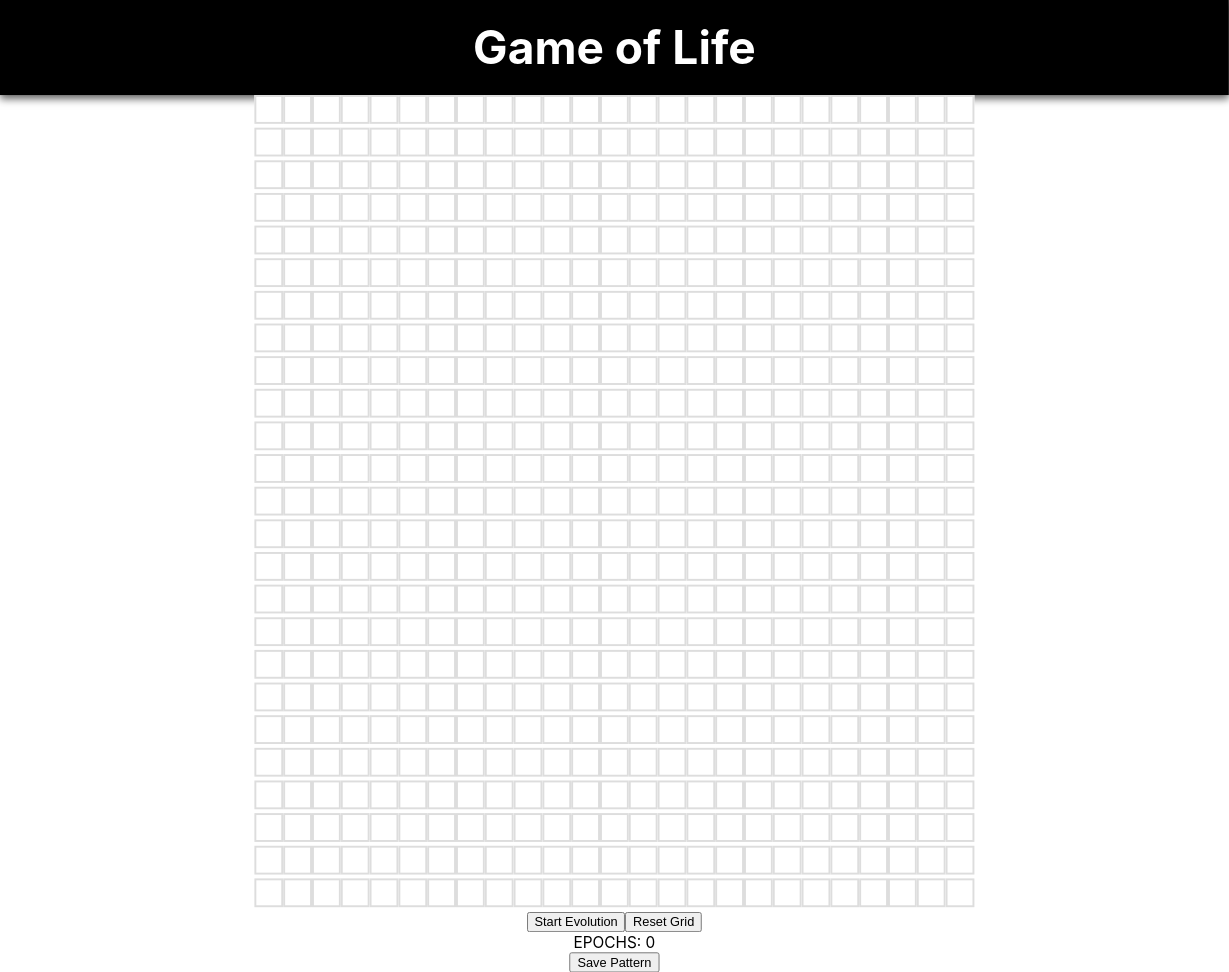
Repository: MarioDiekmann/GameOfLife
Page: /
An editor plug-in stored every save of this project. The page is shown before and after the next save, followed by the edit.
The browser window is 1280 px wide. The pictures show the whole page, at 96% of full size.
The project was rebuilt for these pictures with package versions that can differ from the ones it lists, and the page was loaded fresh each time. Also part of the build but not shown: src/components/InputForm.js.

Above is the page before, as saved 2024-10-21 16:39:08.

### src/App.js
import React from 'react';
import { BrowserRouter as Router, Route, Routes } from 'react-router-dom';
import Game from './components/Game';
import './App.css';

function App() {
  return (
    <Router>
      <div className="App">
        <Routes>
          <Route path="/" element={<Game/>} />
        </Routes>
      </div>
    </Router>
  );
}

export default App;

### src/components/Game.js
import React, { useState, useEffect, useCallback, useRef } from "react";
import Cell from "./Cell";
import axios from "axios";
import InputForm from "./InputForm";
import './Game.css';

const Game = () => {
    const startingsize = 25;
    const [size, setSize] = useState(startingsize);
    const [epochs, setEpochs] = useState(0);
    const [isEvolving, setIsEvolving] = useState(false);
    const [initialPattern, setInitialPattern] = useState([]);

    const [isFormVisible, setIsFormVisible] = useState(false); // State to control form visibility

    const initGrid = () => Array.from({ length: size }, () => Array(size).fill(false));
    const [grid, setGrid] = useState(initGrid());

    const previousGridRef = useRef(grid); // Reference to hold the previous grid

    const toggleCellState = (row, col) => {
        setGrid(prevGrid => {
            const newGrid = prevGrid.map((r, i) =>
                r.map((cell, j) => (i === row && j === col ? !cell : cell))
            );
            return newGrid;
        });
    };

    const resetGrid = () => {
        setIsEvolving(false);
        setEpochs(0);
        setSize(prevSize => {
            const newGrid = Array.from({ length: startingsize }, () => Array(startingsize).fill(false));
            setGrid(newGrid);
            setInitialPattern(newGrid);
            return startingsize;
        });
    };

    const renderGrid = () => {
        return grid.map((row, rowIndex) => (
            <div key={rowIndex} className="row">
                {row.map((cell, colIndex) => (
                    <Cell
                        key={`${rowIndex}-${colIndex}`}
                        isAlive={cell}
                        onClick={() => toggleCellState(rowIndex, colIndex)}
                    />
                ))}
            </div>
        ));
    };

    const countNeighboursAlive = useCallback((row, col) => {
        let count = 0;
        for (let i = row - 1; i <= row + 1; i++) {
            for (let j = col - 1; j <= col + 1; j++) {
                if ((i >= 0 && i < size) && (j >= 0 && j < size) && !(i === row && j === col)) {
                    count += grid[i][j] ? 1 : 0;
                }
            }
        }
        return count;
    }, [grid, size]);

    const updateGrid = useCallback(() => {
        let newGrid = grid.map((row, rowIndex) =>
            row.map((cell, colIndex) => {
                const gridCount = countNeighboursAlive(rowIndex, colIndex);
                return cell ? gridCount === 2 || gridCount === 3 : gridCount === 3;
            })
        );
        setGrid(newGrid);
        return newGrid;
    }, [countNeighboursAlive, grid]);

    const saveInitialPattern = () => {
        const deepCopy = grid.map(row => row.slice());
        setInitialPattern(deepCopy); // Save current grid as the initial pattern
    };

    const runEpoch = useCallback(() => {
        const prevGrid = previousGridRef.current;
        const newGrid = updateGrid();

        const gridsAreEqual = prevGrid.every((row, i) =>
            row.every((cell, j) => cell === newGrid[i][j])
        );

        if (gridsAreEqual) {
            setIsEvolving(false);
            alert("You reached a stillstand");
            return true;
        }

        const indicesAlive = checkEdges(); // Check if we need to expand the grid
        if (indicesAlive.length !== 0) {
            expandGrid(indicesAlive);
        }

        setEpochs(prevEpochs => prevEpochs + 1);
        previousGridRef.current = newGrid;
        return false;
    }, [updateGrid]);

    const checkEdges = useCallback(() => {
        const indicesAlive = [];
        // Check upper, right, lower, and left edges
        for (let col = 0; col < size - 2; col++) {
            if (grid[0][col] && grid[0][col + 1] && grid[0][col + 2]) {
                indicesAlive.push([0, col + 1]);
                indicesAlive.push([-1, col + 1]);
            }
        }
        for (let row = 0; row < size - 2; row++) {
            if (grid[row][size - 1] && grid[row + 1][size - 1] && grid[row + 2][size - 1]) {
                indicesAlive.push([row + 1, size - 1]);
                indicesAlive.push([row + 1, size]);
            }
        }
        for (let col = size - 1; col > 1; col--) {
            if (grid[size - 1][col] && grid[size - 1][col - 1] && grid[size - 1][col - 2]) {
                indicesAlive.push([size - 1, col - 1]);
                indicesAlive.push([size, col - 1]);
            }
        }
        for (let row = size - 1; row > 1; row--) {
            if (grid[row][0] && grid[row - 1][0] && grid[row - 2][0]) {
                indicesAlive.push([row - 1, 0]);
                indicesAlive.push([row - 1, -1]);
            }
        }
        return indicesAlive;
    }, [grid, size]);

    const expandGrid = useCallback((indicesAlive) => {
        setGrid(prevGrid => {
            const newSize = 2 * size; // Double the size
            const newGrid = Array.from({ length: newSize }, () => Array(newSize).fill(false));

            // Calculate the offset to center the old grid in the new one
            const rowOffset = Math.floor((newSize - size) / 2);
            const colOffset = Math.floor((newSize - size) / 2);

            // Copy the existing grid to the center of the new grid
            for (let row = 0; row < size; row++) {
                for (let col = 0; col < size; col++) {
                    if (prevGrid[row][col]) {
                        newGrid[row + rowOffset][col + colOffset] = true; // Copy with offsets
                    }
                }
            }

            // Handle indicesAlive and place the alive cells correctly
            for (const [row, col] of indicesAlive) {
                let newRow = row;
                let newCol = col;

                // Adjust row and col if they are outside the original grid
                if (row === -1) newRow = rowOffset - 1;
                if (col === -1) newCol = colOffset - 1;

                newRow += rowOffset;
                newCol += colOffset;

                // Make sure the calculated newRow and newCol are within bounds
                if (newRow >= 0 && newRow < newSize && newCol >= 0 && newCol < newSize) {
                    newGrid[newRow][newCol] = true;  // Mark the cell as alive in the new grid
                }
            }

            setSize(newSize);  // Update size to the new expanded size
            return newGrid;
        });
    }, [size]);

    useEffect(() => {
        if (!isEvolving) return;

        const maxEpochs = 1000;
        let updatedEpochs = 0;

        const interval = setInterval(() => {
            if (updatedEpochs < maxEpochs) {
                const stillstand = runEpoch();
                if (stillstand) {
                    clearInterval(interval);
                }
                updatedEpochs++;
            } else {
                setIsEvolving(false);
                clearInterval(interval);
            }
        }, 2000);

        return () => clearInterval(interval);
    }, [isEvolving, runEpoch]);

    const startEvolution = () => {
        previousGridRef.current = grid;
        setIsEvolving(!isEvolving);
        saveInitialPattern(); // Save the pattern before starting evolution
    };

    const stopEvolution = () => {
        previousGridRef.current = grid;
        setIsEvolving(!isEvolving);
    };

    const closeForm = () => {
        setIsFormVisible(false); // Hide the form when pattern is saved
    };

    const makeFormVisible = () => {
        setIsFormVisible(true);
    };

    return (
        <div>
            <div className="banner">
                <h1 >Game of Life</h1>
            </div>
            {renderGrid()}
            <button onClick={isEvolving ? stopEvolution : startEvolution}>
                {isEvolving ? "Stop Evolution" : "Start Evolution"}
            </button>
            <button className="reset-btn" onClick={resetGrid}>Reset Grid</button>
            <div>EPOCHS: {epochs}</div>

            <button onClick={makeFormVisible}>Save Pattern</button>

            {/* Show the form conditionally */}
            {isFormVisible && (
                <div className="popup-overlay">
                    <div className="popup-content">
                        <InputForm pattern={initialPattern} onSubmit={closeForm} />
                    </div>
                </div>
            )}
        </div>
    );
};

export default Game;

### src/components/Cell.js
import React from 'react';
import './Cell.css'

const Cell = ({ isAlive, onClick }) => {
  return (
    <div
      className={`cell ${isAlive ? 'alive' : 'dead'}`}
      onClick={onClick}
    ></div>
  );
};

export default Cell;

### src/components/Game.css
.popup-overlay {
    position: fixed;
    top: 0;
    left: 0;
    width: 100%;
    height: 100%;
    background: rgba(0, 0, 0, 0.5); /* Semi-transparent background */
    display: flex;
    justify-content: center;
    align-items: center;
    z-index: 1000; /* Ensure it's above other content */
}

.popup-content {
    background: white;
    padding: 20px;
    border-radius: 8px;
    box-shadow: 0 4px 8px rgba(0, 0, 0, 0.1);
    width: 300px;
    z-index: 1001; /* Above the backdrop */
}

body.modal-open {
    overflow: hidden; /* Prevent scrolling when modal is open */
}

.banner {
    background-color: black;
    padding: 20px;
    text-align: center;
    box-shadow: 0 4px 8px rgba(0, 0, 0, 0.6);
}

.banner h1 {
    color: white;
    font-size: 3em;
    text-shadow: 2px 2px 5px rgba(0, 0, 0, 0.8);
    margin: 0;
}

### src/components/Cell.css
.cell {
    width: 30px; /* Width of each cell */
    height: 30px; /* Height of each cell */
    display: inline-block; /* Align cells next to each other */
    border: 2px solid #ddd; /* Light border around each cell */
    box-sizing: border-box; /* Include padding and border in the element's total width and height */
    transition: background-color 0.3s; /* Smooth transition for background color */
  }

  .cell.alive {
    background-color: black; /* Green for living cells */
  }

  .cell.dead {
    background-color: white; /* Red for dead cells */
  }

Loaded but not shown: public/index.html (common file); src/index.js (common file); src/index.css (common file); src/reportWebVitals.js (common file); src/App.css (common file)

After the next save:
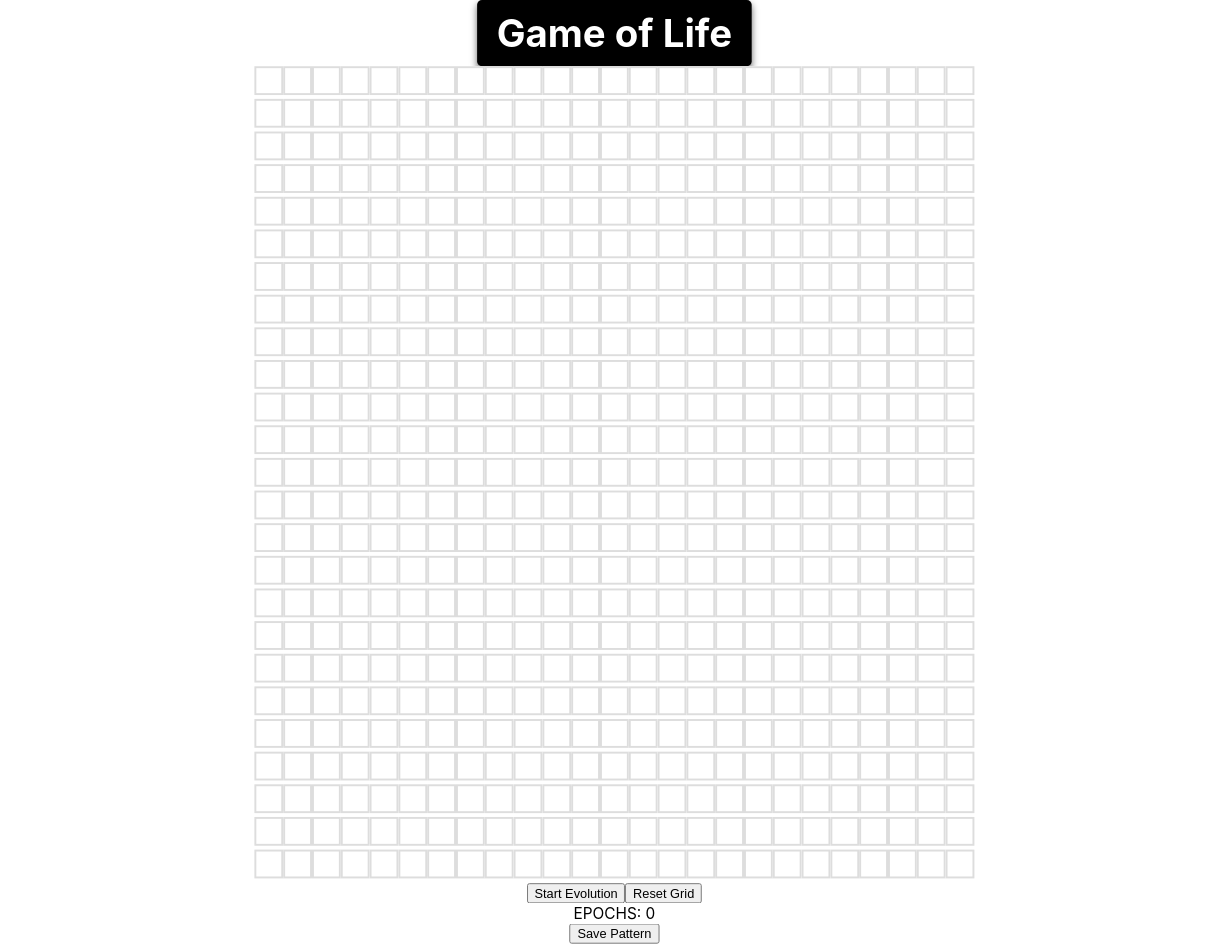
Saved 27 s later.
--- a/src/components/Game.css
+++ b/src/components/Game.css
@@ -26,14 +26,16 @@ body.modal-open {
 
 .banner {
     background-color: black;
-    padding: 20px;
+    padding: 10px 20px; /* Adjusted padding for a tighter fit */
+    display: inline-block; /* Makes the banner fit the text */
     text-align: center;
     box-shadow: 0 4px 8px rgba(0, 0, 0, 0.6);
+    border-radius: 5px; /* Optional: Adds rounded corners */
 }
 
 .banner h1 {
     color: white;
-    font-size: 3em;
+    font-size: 2.5em; /* Slightly reduced font size for better fit */
     text-shadow: 2px 2px 5px rgba(0, 0, 0, 0.8);
-    margin: 0;
+    margin: 0; /* Removes default margin */
 }
